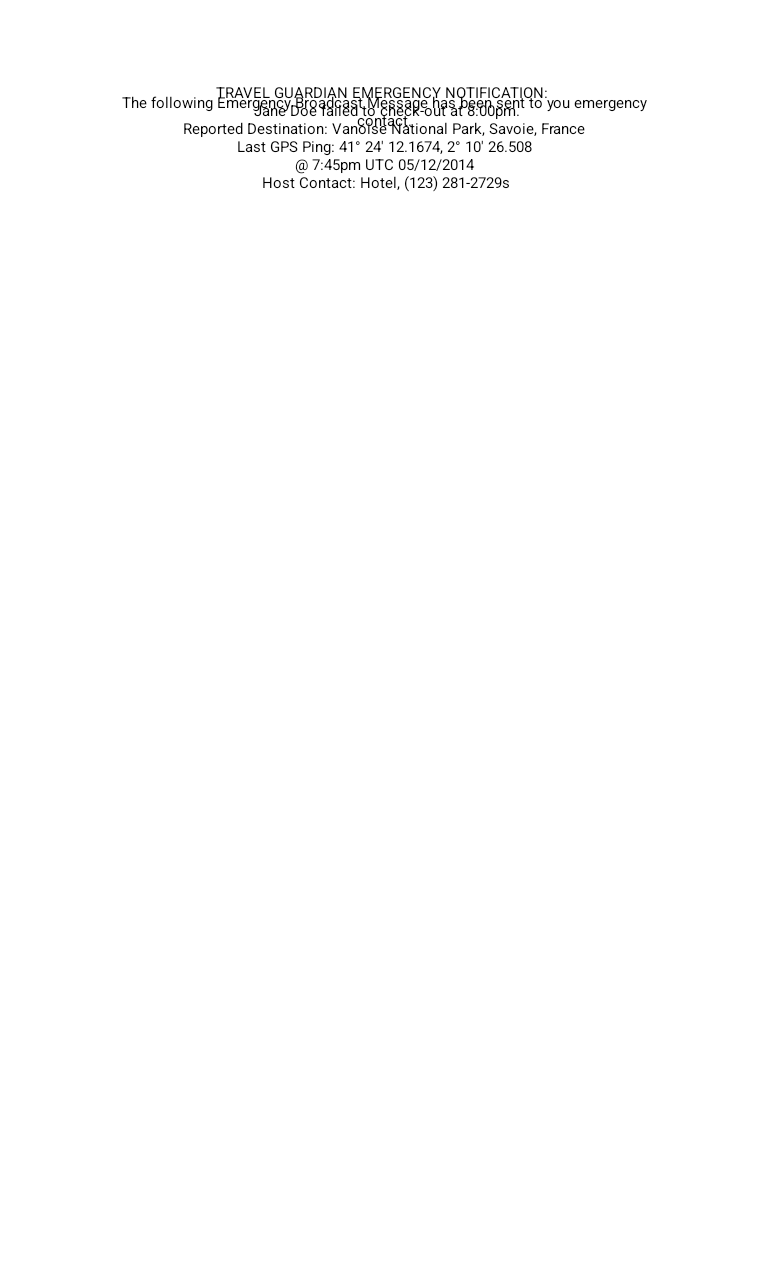
Repository: leo195162839/Test-Repo
Layout: TravelGuardian/res/layout/fragment_broadcast.xml
The author's editor kept a copy of each file at every save. The layout is drawn from the files as they stood at one save, then again after the next save.
It is drawn on a 768 x 1280 px phone screen (xhdpi) without system bars, with theme Theme.Base.AppCompat; the app's code is not run.

Above is the layout before, as saved 2014-06-15 17:08:35.

After the next save:
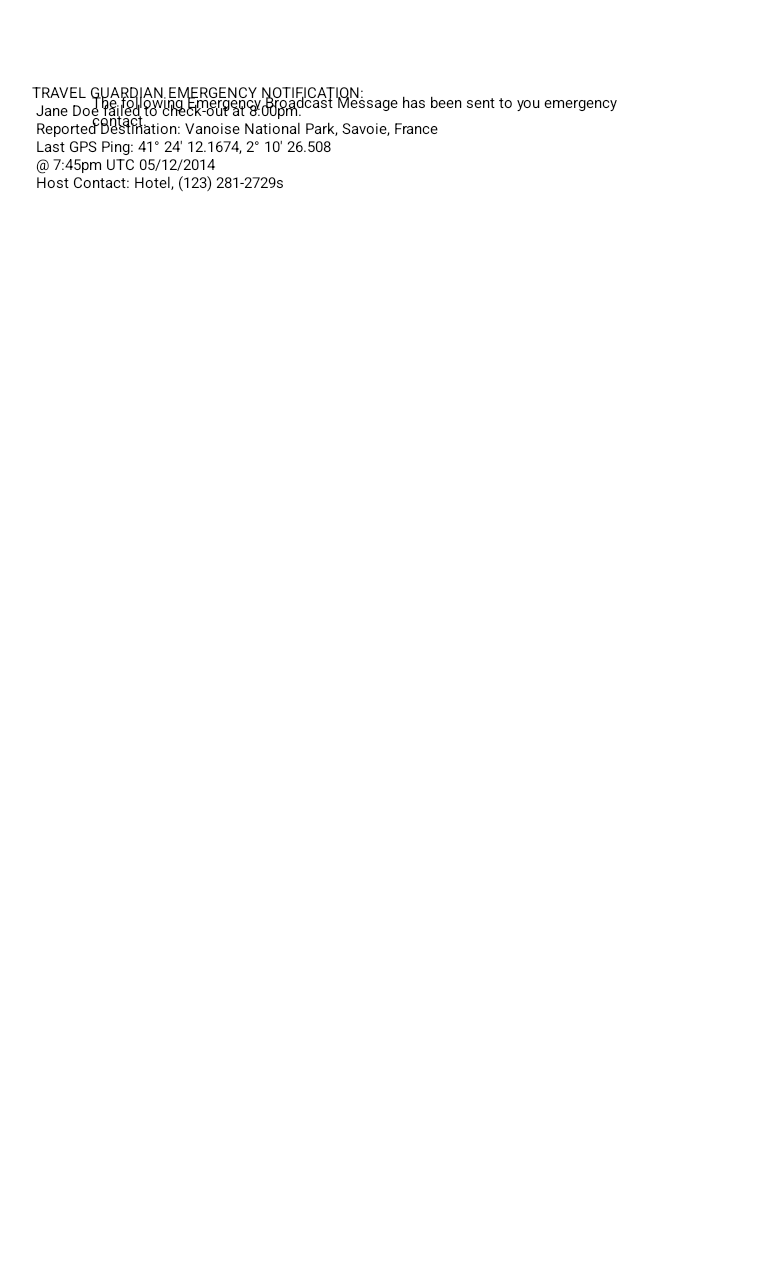
Saved 83 s later.
--- a/TravelGuardian/res/layout/fragment_broadcast.xml
+++ b/TravelGuardian/res/layout/fragment_broadcast.xml
@@ -12,7 +12,6 @@
         android:id="@+id/SentNotification"
         android:layout_width="fill_parent"
         android:layout_height="wrap_content"
-        android:gravity="center_horizontal"
         android:padding="30sp"
         android:text="@string/Sent_Notification" />
 
@@ -20,7 +19,6 @@
         android:id="@+id/BroadcastMessage"
         android:layout_width="fill_parent"
         android:layout_height="wrap_content"
-        android:gravity="center_horizontal"
         android:paddingTop="25sp"
         android:text="@string/Broadcast_Message" />
 
